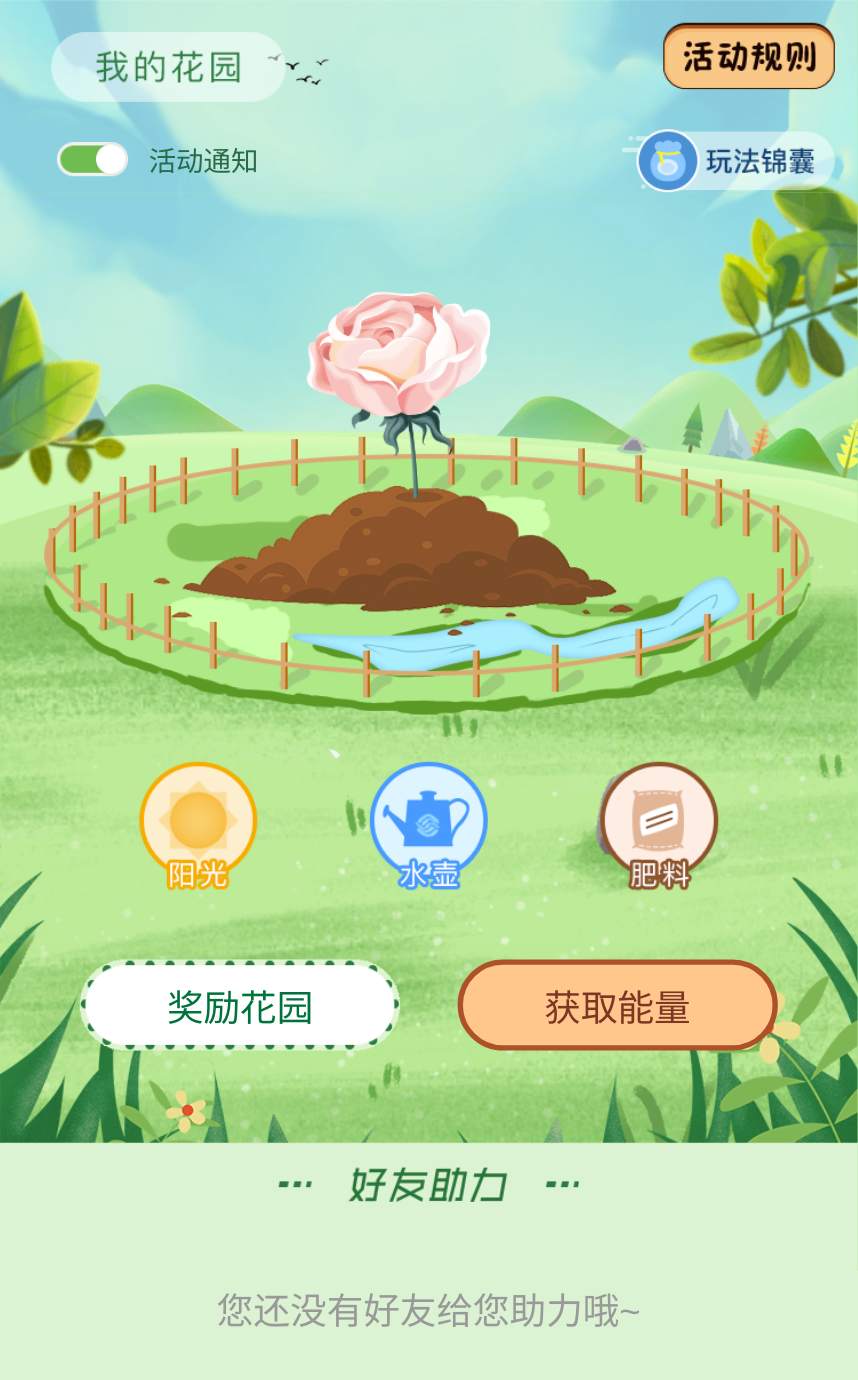
Repository: wangbiaozy/zh
Page: index.html
The author's editor kept a copy of each file at every save. The page is drawn from the files as they stood at one save, then again after the next save.
The browser window is 1280 px wide. The pictures show the whole page, at 67% of full size.

Above is the page before, as saved 2019-03-18 20:08:41.
Console error: TypeError: Cannot read properties of undefined (reading 'style')

### index.html
<!DOCTYPE html>
<html lang="en">

<head>
    <meta charset="UTF-8">
    <meta name="viewport" content="width=device-width, initial-scale=1.0, maximum-scale=1.0, minimum-scale=1.0, user-scalable=no, viewport-fit=cover">
    <meta http-equiv="X-UA-Compatible" content="ie=edge">
    <title>北京移动</title>
    <link rel="stylesheet" href="css/reset.min.css">
    <link rel="stylesheet/less" href="css/styles.less">
    <link rel="stylesheet" href="css/animation.css">
    <script src="js/less-1.7.0.min.js"></script>
    <script src="js/jquery-1.10.1.min.js"></script>
    <script src="js/imgLoader.js"></script>
    <script>
        imgLoader([
            'images/banner.png',
            'images/bdsjh.png',
            'images/bg_01.png',
            'images/bg_02.png',
            'images/btn_cj.png',
            'images/btn_cjhd.png',
            'images/btn_dhff.png',
            'images/btn_dl.png',
            'images/btn_fshy.png',
            'images/btn_lj.png',
            'images/btn_qd.png',
            'images/btn_qdl.png',
            'images/btn_qr.png',
            'images/btn_qx.png',
            'images/btn_xg.png',
            'images/btn_zz.png',
            'images/c1.png',
            'images/c2.png',
            'images/c3.png',
            'images/c4.png',
            'images/c5.png',
            'images/card_1.png',
            'images/card_2.png',
            'images/card_3.png',
            'images/card_4.png',
            'images/card_5.png',
            'images/card.png',
            'images/close.png',
            'images/default.jpg',
            'images/erweima.png',
            'images/fire.gif',
            'images/fri_bg_01.png',
            'images/fri_bg_02.png',
            'images/fri_bg_03.png',
            'images/gongxi.png',
            'images/guang1.png',
            'images/guang2.png',
            'images/hdgz.png',
            'images/home_bg_01.png',
            'images/home_bg_02.png',
            'images/home_bg_03.png',
            'images/hyzl.png',
            'images/longjiao.png',
            'images/longshen.png',
            'images/longtou.png',
            'images/longwei.png',
            'images/longzhu.png',
            'images/longzhua.png',
            'images/rule_btn.png',
            'images/share.png',
            'images/sjhm.png',
            'images/start_btn.png',
            'images/submit.png',
            'images/tc_1_text.png',
            'images/tc_bg.png',
            'images/tc_card.png',
            'images/tc_title_1.png',
            'images/tc_title_2.png',
            'images/tc_title_3.png',
            'images/xxqr.png',
            'images/yun_1.png',
            'images/yun_2.png',
            'images/yun_3.png',
            'images/yun.png',
            'images/yzm.png'
        ], function (percentage) {
            var percentT = percentage * 100;
            $('.loader_info').html('Loading ' + (parseInt(percentT)) + '%');
            $('.loader_progress')[0].style.width = percentT + '%';
            if (percentage == 1) {
                /* $('.loader').remove();
                $('.home').show(); */
            }
        });
    </script>
</head>
<body>
    <!--loading-->
    <!-- <section class="loader">
        <div class="loader_info"></div>
        <div>
            <div class="loader_progress"></div>
        </div>
    </section> -->
    <!-- 首页 -->
    <section id="home" class="home">
        <div>
            <a href="javascript: void(0)" class="rule-btn"></a>
        </div>
        <div>
            <div></div>
        </div>
        <div>
            <a href="javascript: void(0)" id="start-btn"></a>
            <div>
                <p id="countDown"><i>倒计时：</i><span>7</span>天<span>00</span>时<span>00</span>分<span>00</span>秒</p>
            </div>
            <p>4月8日-4月14日&nbsp;&nbsp;&nbsp;&nbsp;活动将于4月14日结束，务必到期前领取</p>
        </div>
    </section>
    <!-- 活动规则页 -->
    <section id="rule" class="rule">
        <div>
            <div></div>
            <div>
                <ul>
                    <li>
                        <h3>一 活动时间：</h3>
                        <p>即日起——4月14日</p>
                        <h3>二 活动介绍：</h3>
                        <p>活动期间，用户通过北京移动微信公众号，可参与“天天种花得流量”活动。用户每天可获得一颗种子，通过添加物料（水、阳光、肥料），完成种植，收获花朵并获得对应流量奖品。</p>
                        <p>获取物料方法：</p>
                        <p>1、用户首次参与活动可领取水、阳光、肥料各1份。</p>
                        <p>2、分享活动给好友，邀请其助力赠送，可获得更多物料。（好友助力次数不限，但为同一用户仅可助力一次。）</p>
                        <h3>三 奖品规则：</h3>
                        <p>活动奖品包含：100MB、200MB、500MB、1GB、2GB、3GB全国流量，及部分免费业务体验资格、优惠业务办理资格。</p>
                        <p>（一）流量奖品</p>
                        <p>1.流量档位包括100MB、200MB、500MB、1GB、2GB、3GB全国流量；</p>
                        <p>2.奖品将于领取后15日内，自动充入用户的微信关注绑定手机号，流量自充入日起生效，有效期至本月月末；</p>
                        <p>3.活动赠送套外国内流量，优先级低于主套餐、可选包、短促包、定向流量包等，赠送流量无法共享，不可结转；</p>
                        <p>4.处于保留期、保号期、挂失、申停、欠停、转品牌过渡期的手机号；物联网卡、4G超级日租卡套餐、神州行开心听、语音套餐卡、神州行B标准资费基本策划等特殊资费用户无法领取赠送流量；</p>
                        <p>5.赠送流量每月仅可领取100次，超出上限不可领取；</p>
                        <p>6.北京移动用户抽中流量奖品后，自动充入关注绑定账户。非北京移动用户抽中流量奖品后可以转赠给北京移动手机号码。</p>
                        <p>（二）其它奖品</p>
                        <p>规则详见各奖品办理页面</p>
                        <p>温馨提示：</p>
                        <p>1、活动将于4月14日结束，请您务必于活动结束前完成领奖，逾期视为自动放弃奖品。</p>
                        <p>2、活动页面内可手动关闭活动提醒。如不关闭，默认每天发放服务通知，提醒用户活动状态已更新。</p>
                    </li>
                </ul>
                <a href="javascript:void(0)">确定</a>
            </div>
        </div>
        <div></div>
    </section>
    <!-- 主页 -->
    <section id="main" class="main">
        <div>
            <a href="javascript:void(0)" class="rule-btn"></a>
            <a href="javascript:void(0)" class="method-btn"></a>
            <div>
                <a href="javascript:void(0)"></a>
                <p>活动通知</p>
            </div>
        </div>
        <div>
            <div>
                <div class="cs-5"></div>
                <ul>
                    <li></li>
                </ul>
            </div>
        </div>
        <div>
            <ul>
                <li>
                    <span>3</span>
                </li>
                <li>
                    <span>3</span>
                </li>
                <li>
                    <span>3</span>
                </li>
            </ul>
            <ul>
                <li>奖励花园</li>
                <li>获取能量</li>
            </ul>
        </div>
        <div>
            <h3></h3>
            <ul>
                <p>您还没有好友给您助力哦~</p>
                <!-- <li>
                    <div>
                        <img src="./images/fri_default.png" alt="">
                    </div>
                    <p>胖子胖子胖子胖子</p>
                    <p>帮忙增加了<span>肥料</span></p>
                    <p>3月1日</p>
                </li> -->
            </ul>
        </div>
    </section>
    <!-- 玩法锦囊页 -->
    <section id="method" class="method">
        <div></div>
        <div></div>
        <div></div>
        <div></div>
        <div></div>
        <a href="javascript: void(0)">确定</a>
    </section>
    <!-- 我的奖励花园页 -->
    <section id="gift" class="gift">
        <div>
            <div>
                <div></div>
                <ul>
                    <li>
                        <img src="./images/flower_0.png" alt="">
                        <a href="javascript: void(0)"></a>
                    </li>
                    <li>
                        <img src="./images/flower_0.png" alt="">
                        <a href="javascript: void(0)"></a>
                    </li>
                    <li>
                        <img src="./images/flower_0.png" alt="">
                        <a href="javascript: void(0)"></a>
                    </li>
                    <li>
                        <img src="./images/flower_0.png" alt="">
                        <a href="javascript: void(0)"></a>
                    </li>
                    <li>
                        <img src="./images/flower_0.png" alt="">
                        <a href="javascript: void(0)"></a>
                    </li>
                    <li>
                        <img src="./images/flower_0.png" alt="">
                        <a href="javascript: void(0)"></a>
                    </li>
                    <li>
                        <img src="./images/flower_0.png" alt="">
                        <a href="javascript: void(0)"></a>
                    </li>
                </ul>
                <div></div>
                <a href="javascript: void(0)">返回</a>
            </div>
        </div>
        <div></div>
    </section>
    <!-- 二维码页 -->
    <section id="code" class="code">
        <div>
            <div>
                <div>
                    <p>亲爱的用户<br>天天种花得流量活动邀你参加<br>天天有惊喜哦~</p>
                </div>
                <div>
                    <div>
                        <img src="./images/erweima.jpg" alt="">
                    </div>
                </div>
            </div>
        </div>
        <div></div>
    </section>
    <!-- 添加物料弹窗 -->
    <section class="model addModel message-model">
        <div>
            <p>您已成功为种子<br><span>添加了阳光</span><br>种子已进入<span>成熟</span>期<br>快来看看吧</p>
        </div>
        <a href="javascript: void(0)">确定</a>
    </section>
    <!-- 发送好友弹窗 -->
    <section class="model to-friend message-model">
        <div>
            <p>您需要积攒能量<br>才能种出神秘花朵<br>还有抽大奖的机会哦<br>快请好友帮忙吧</p>
        </div>
        <a href="javascript:void(0)">发送好友</a>
    </section>
    <!-- 开始 种子弹窗 -->
    <section class="model tc-0">
        <div>
            <p>恭喜您已经播种了<br>一颗神秘种子<br>快去养育TA～</p>
            <div></div>
            <p>看看可以收获什么花吧！！</p>
            <p>送您阳光、水壶、肥料各一份</p>
        </div>
        <a href="javascript:void(0)">确定</a>
    </section>
    <!-- 本网获得流量弹窗 -->
    <section class="model tc-1">
        <div>
            <p>恭喜您的手机号</p>
            <p>15910943650</p>
            <p>收货了<span>雏菊</span>（价值<span>500MB</span>）</p>
            <img src="./images/flower_tc_1.png" alt="">
            <p>流量将于7日内到账</p>
            <p>有效期至本月月末</p>
            <a href=""></a>
        </div>
        <a href="javascript:void(0)">确定</a>
    </section>
    <!-- 异网流量弹窗 1-->
    <section class="model tc-2">
        <div>
            <p>恭喜您的手机号</p>
            <p>13612341234</p>
            <p>收获了<span>雏菊</span>（价值<span>500MB</span>）</p>
            <img src="./images/flower_tc_1.png" alt="">
            <p>您可以转赠到北京移动号码内</p>
            <p>（流量仅可在活动期间内进行转赠）</p>
        </div>
        <div>
            <a href="javascript:void(0)">取消</a>
            <a href="javascript:void(0)">转赠</a>
        </div>
    </section>
    <!-- 异网流量弹窗 2 -->
    <section class="model tc-3">
        <div>
            <p>请输入好友北京移动手机号码</p>
            <div>
                <p>手机号码</p>
                <input id="inputTel" type="number" pattern="[0-9]*" oninput="if(value.length>11)value=value.slice(0,11)">
            </div>
            <p>（流量仅可在活动期间进行转赠）</p>
        </div>
        <a href="javascript:void(0)">确定</a>
    </section>
     <!-- 异网流量弹窗 3 -->
    <section class="model tc-4">
        <div>
            <p>信息确认</p>
            <p>您是否将</p>
            <p><span>500MB</span>全国流量</p>
            <p>转赠到手机号码</p>
            <p>13612341234</p>
            <p>账户中</p>
            <p>点击确认后信息将不可更改</p>
        </div>
        <div>
            <a href="javascript:void(0)">修改</a>
            <a href="javascript:void(0)">确认</a>
        </div>
    </section>
    <!-- 异网流量弹窗 4 -->
    <section class="model tc-5">
        <div>
            <p>您已将</p>
            <p><span>500MB</span>全国流量</p>
            <p>转赠到手机号码</p>
            <p>15910011111</p>
            <p>账户中</p>
            <p>流量将于15日内到账</p>
            <p>有效期至本月月末</p>
            <p>（流量到账后，立即生效）</p>
            <a href=""></a>
        </div>
        <a href="javascript:void(0)">确定</a>
    </section>
    <!-- 分享浮层 -->
    <section class="share">
        <div>
            <span></span>
        </div>
    </section>
    <!-- 遮罩层 -->
    <section class="mask" id="mask"></section>
</body>
</html>
<script src="js/index.js"></script>

### css/reset.min.css
@charset "utf-8";
/*默认样式清除和初始化*/
body,h1,h2,h3,h4,h5,h6,hr,p,blockquote,dl,dt,dd,ul,ol,li,button,input,textarea,th,td{margin:0;padding:0}body{font-size:12px;font-style:normal;font-family:"\5FAE\8F6F\96C5\9ED1",Helvetica,sans-serif}small{font-size:12px}h1{font-size:18px}h2{font-size:16px}h3{font-size:14px}h4,h5,h6{font-size:100%}ul,ol{list-style:none}a{text-decoration:none;background-color:transparent}a:hover,a:active{outline-width:0;text-decoration:none}table{border-collapse:collapse;border-spacing:0}hr{border:0;height:1px}img{border-style:none}img:not([src]){display:none}svg:not(:root){overflow:hidden}html{-webkit-touch-callout:none;-webkit-text-size-adjust:100%}input,textarea,button,a{-webkit-tap-highlight-color:rgba(0,0,0,0)}article,aside,details,figcaption,figure,footer,header,main,menu,nav,section,summary{display:block}audio,canvas,progress,video{display:inline-block}audio:not([controls]),video:not([controls]){display:none;height:0}progress{vertical-align:baseline}mark{background-color:#ff0;color:#000}sub,sup{position:relative;font-size:75%;line-height:0;vertical-align:baseline}sub{bottom:-0.25em}sup{top:-0.5em}button,input,select,textarea{font-size:100%;outline:0}button,input{overflow:visible}button,select{text-transform:none}textarea{overflow:auto}button,html [type="button"],[type="reset"],[type="submit"]{-webkit-appearance:button}button::-moz-focus-inner,[type="button"]::-moz-focus-inner,[type="reset"]::-moz-focus-inner,[type="submit"]::-moz-focus-inner{border-style:none;padding:0}button:-moz-focusring,[type="button"]:-moz-focusring,[type="reset"]:-moz-focusring,[type="submit"]:-moz-focusring{outline:1px dotted ButtonText}[type="checkbox"],[type="radio"]{box-sizing:border-box;padding:0}[type="number"]::-webkit-inner-spin-button,[type="number"]::-webkit-outer-spin-button{height:auto}[type="search"]{-webkit-appearance:textfield;outline-offset:-2px}[type="search"]::-webkit-search-cancel-button,[type="search"]::-webkit-search-decoration{-webkit-appearance:none}::-webkit-input-placeholder{color:inherit;opacity:.54}::-webkit-file-upload-button{-webkit-appearance:button;font:inherit}.clear:after{display:block;height:0;content:"";clear:both}
*{ -webkit-tap-highlight-color: rgba(0,0,0,0);-webkit-tap-highlight-color: transparent; /* For some Androids */ }

Loaded but not shown: js/less-1.7.0.min.js (library); js/jquery-1.10.1.min.js (library); js/index.js (497 lines, source omitted); js/imgLoader.js (49 lines, source omitted); css/animation.css (2744 lines, source omitted)

After the next save:
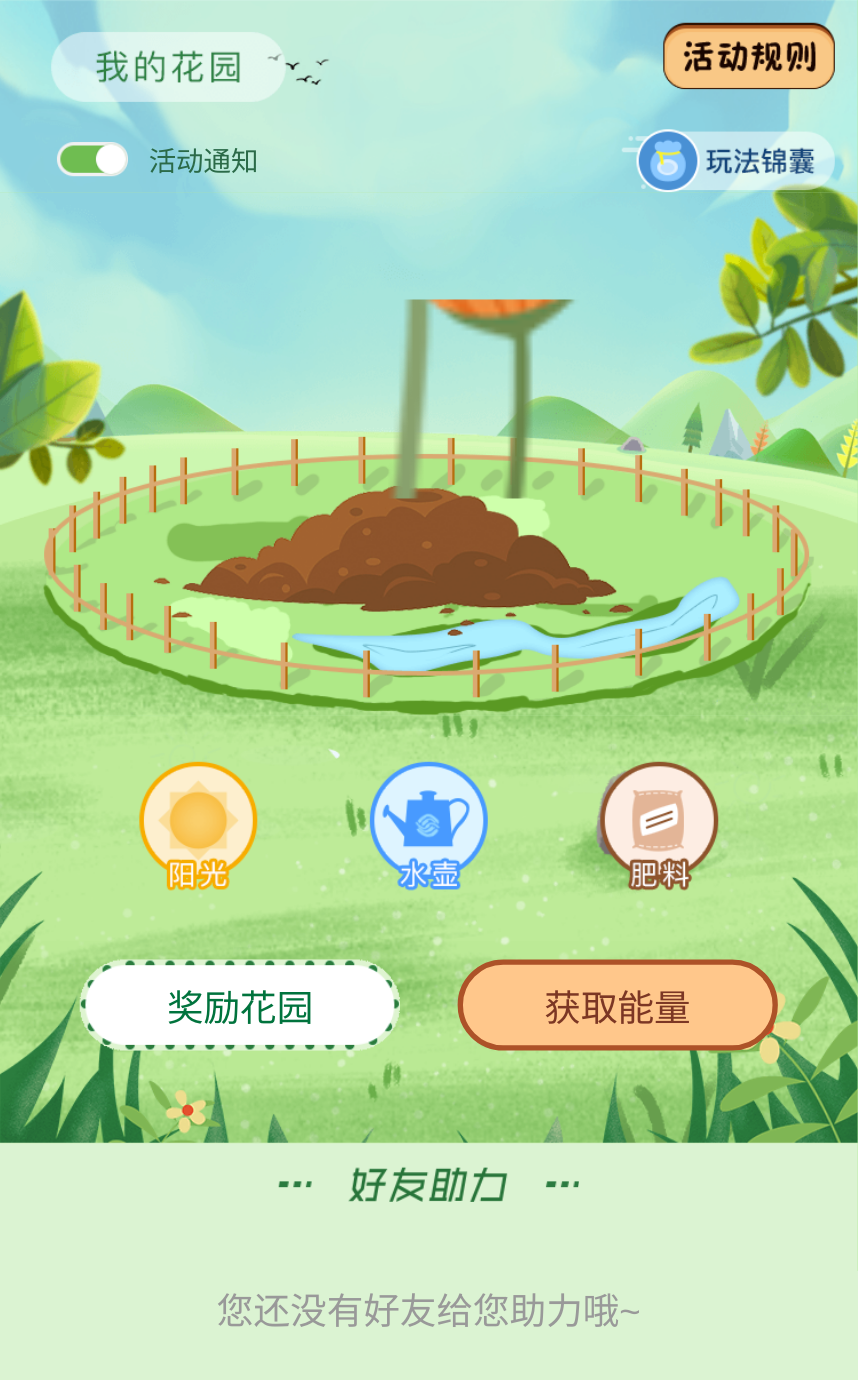
Saved 6 s later.
--- a/index.html
+++ b/index.html
@@ -161,7 +161,7 @@
         </div>
         <div>
             <div>
-                <div class="cs-5"></div>
+                <div class="cs-6"></div>
                 <ul>
                     <li></li>
                 </ul>
